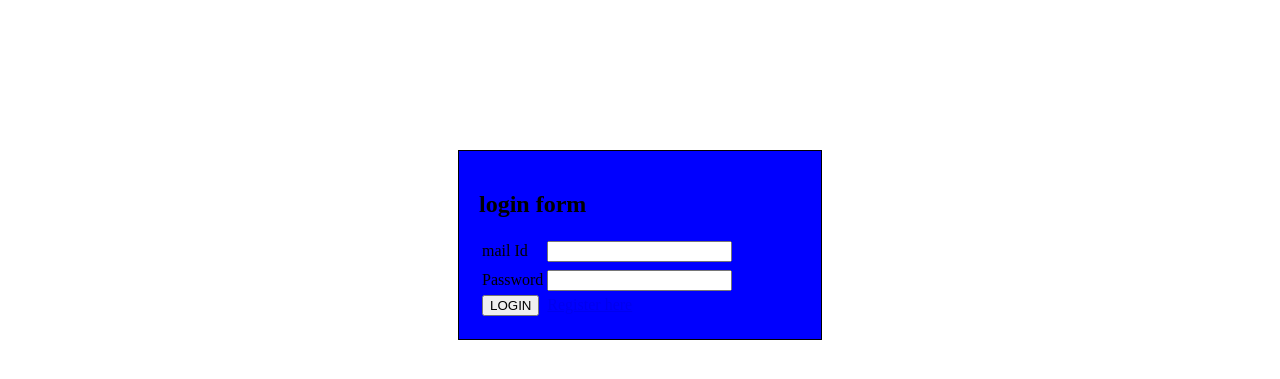
Repository: zeeshan495/Banking_project
Page: http://localhost/Banking/loginUrl
The author's editor kept a copy of each file at every save. The page is drawn from the files as they stood at one save, then again after the next save.
The browser window is 1280 px wide. The pictures show the whole page.
The page is served by Tomcat 9.

Above is the page before, as saved 2018-11-09 05:51:16.

After the next save:
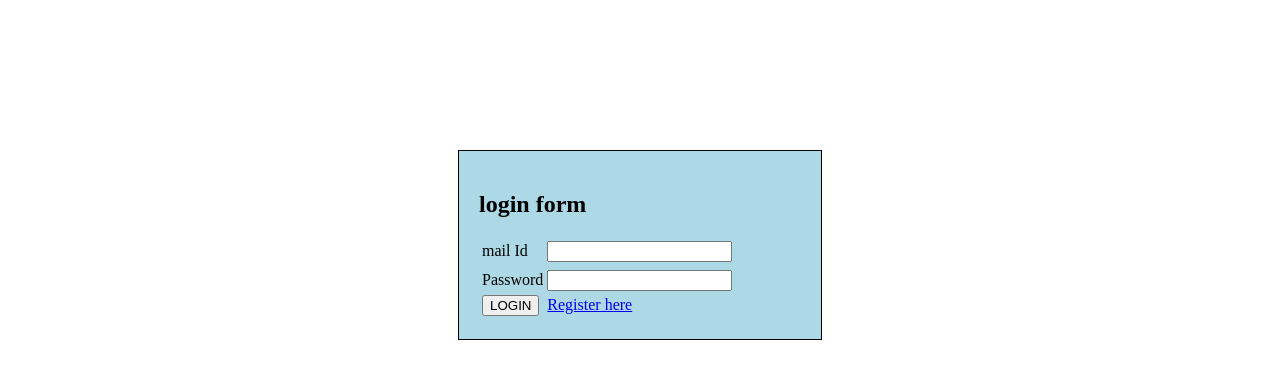
Saved 21 s later.
--- a/Banking/WebContent/login.css
+++ b/Banking/WebContent/login.css
@@ -4,5 +4,5 @@
 	margin-right:450px;
 	border:1px solid black;
     padding:20px;
-    background-color:blue;
+    background-color:lightblue;
 }
